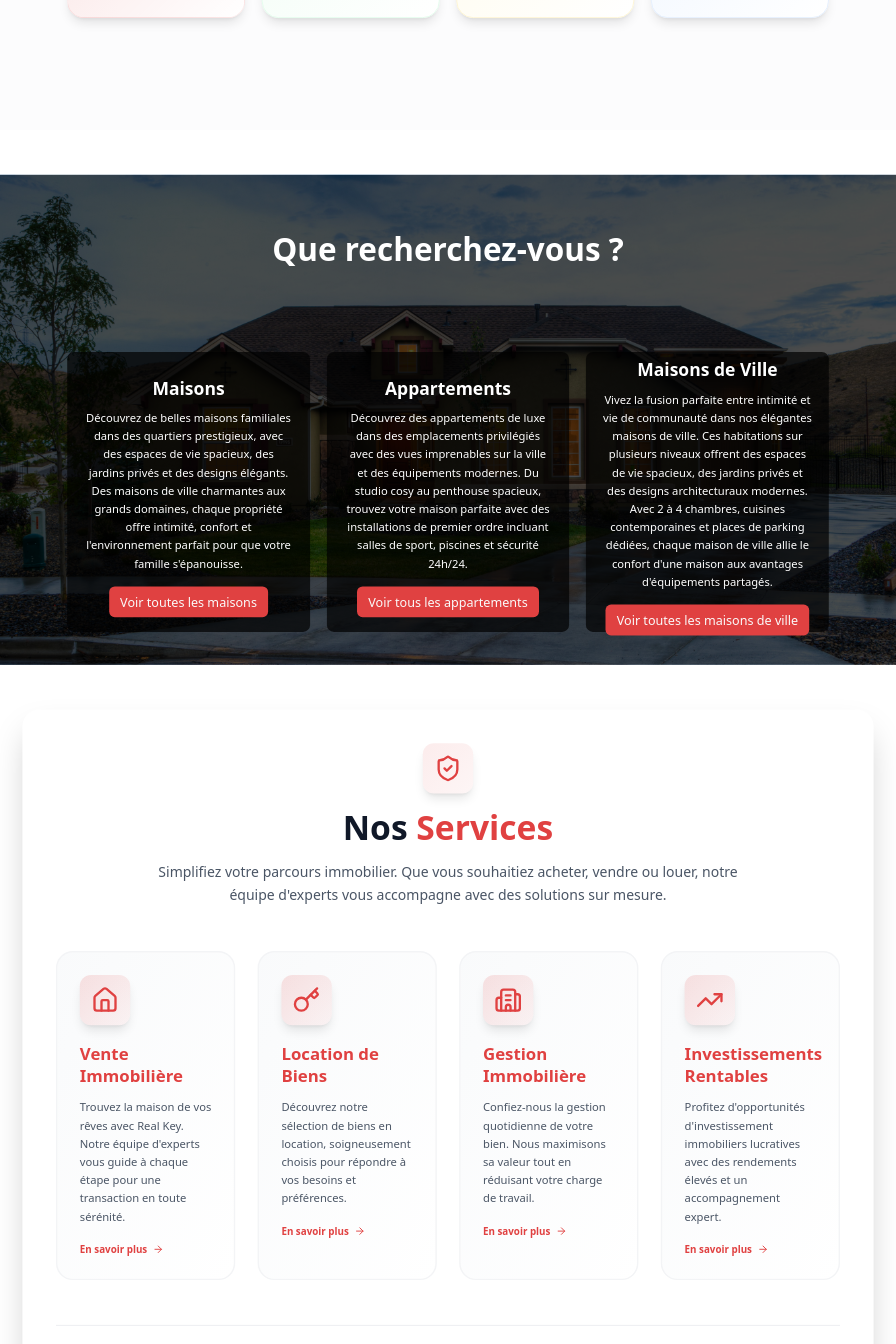
Repository: lamatmed/Real-Key
Page: /
These files come from the project's save history. The page is drawn as it stood at one moment and after the next save; the edit follows.
The browser window is 1280 px wide. The pictures show the part of the page from y = 2234 to 4154 px (the page is 5453 px tall before and 5353 px after), at 70% of full size.
The page's requests for data from a server got no answer. The project was rebuilt for these pictures with package versions that can differ from the ones it lists, and the page was loaded fresh each time. Some packages were replaced by stand-ins written for this rebuild. The framework's server and built-in components were replaced by stand-ins that run in the browser. No one was signed in, and anything a server would have sent is missing. Also part of the build but not shown: next.config.ts, app/_components/PropertyCard.tsx.

Above is the page before, as saved 2025-09-28 17:04:50.

### app/layout.tsx
import type { Metadata } from "next";
import { Geist, Geist_Mono } from "next/font/google";
import './globals.css'
import { ClerkProvider } from "@clerk/nextjs";
import { ConvexClientProvider } from "./ConvexClientProvider";
import Navbar from "./_components/Navbar";
import ConnectUserToConvext from "./ConnectUserToConvext";
import Footer from "./_components/Footer";

const geistSans = Geist({
  variable: "--font-geist-sans",
  subsets: ["latin"],
});

const geistMono = Geist_Mono({
  variable: "--font-geist-mono",
  subsets: ["latin"],
});

export const metadata: Metadata = {
  title: "Real Key",
  description: "Full Real Estate website",
};

export default function RootLayout({
  children,
}: Readonly<{
  children: React.ReactNode;
}>) {
  return (
    <ConvexClientProvider>
     <ClerkProvider>
    <html lang="en">
      <body
        className={`${geistSans.variable} ${geistMono.variable} antialiased`}
      >

        <Navbar/>
       <ConnectUserToConvext/>
        {children}
        <Footer/>

      </body>
    </html>
    </ClerkProvider>
    </ConvexClientProvider>
  );
}

### app/page.tsx
import Hero from "./_components/Hero";
import FeaturedProperties from "./_components/FeaturedProperties";
import WhatWeDo from "./_components/WhatWeDo";
import ConnectingPeople from "./_components/ConnectingPeople";
import WhatClientWant from "./_components/WhatClientWant";

export default function Home() {
  return (
    <div className="">
      <Hero/>
      <FeaturedProperties/>
      <WhatClientWant/>
      <WhatWeDo/>
      <ConnectingPeople/>
    </div>
  )
}

### app/globals.css
@import "tailwindcss";
@import "tw-animate-css";

@custom-variant dark (&:is(.dark *));

@theme inline {
  --color-background: var(--background);
  --color-foreground: var(--foreground);
  --font-sans: var(--font-geist-sans);
  --font-mono: var(--font-geist-mono);
  --color-sidebar-ring: var(--sidebar-ring);
  --color-sidebar-border: var(--sidebar-border);
  --color-sidebar-accent-foreground: var(--sidebar-accent-foreground);
  --color-sidebar-accent: var(--sidebar-accent);
  --color-sidebar-primary-foreground: var(--sidebar-primary-foreground);
  --color-sidebar-primary: var(--sidebar-primary);
  --color-sidebar-foreground: var(--sidebar-foreground);
  --color-sidebar: var(--sidebar);
  --color-chart-5: var(--chart-5);
  --color-chart-4: var(--chart-4);
  --color-chart-3: var(--chart-3);
  --color-chart-2: var(--chart-2);
  --color-chart-1: var(--chart-1);
  --color-ring: var(--ring);
  --color-input: var(--input);
  --color-border: var(--border);
  --color-destructive: var(--destructive);
  --color-accent-foreground: var(--accent-foreground);
  --color-accent: var(--accent);
  --color-muted-foreground: var(--muted-foreground);
  --color-muted: var(--muted);
  --color-secondary-foreground: var(--secondary-foreground);
  --color-secondary: var(--secondary);
  --color-primary-foreground: var(--primary-foreground);
  --color-primary: var(--primary);
  --color-popover-foreground: var(--popover-foreground);
  --color-popover: var(--popover);
  --color-card-foreground: var(--card-foreground);
  --color-card: var(--card);
  --radius-sm: calc(var(--radius) - 4px);
  --radius-md: calc(var(--radius) - 2px);
  --radius-lg: var(--radius);
  --radius-xl: calc(var(--radius) + 4px);
}

h2{
  position: relative;
  display: inline-block;
  color: black;
  font-size: 35px;

}

h2::before{
  position: absolute;
  content: "";
  width: 50%;
  height: 4px;
  background-color: #e04141;
  bottom: 0;
  left: 0;
}

:root {
  --radius: 0.625rem;
  --background: oklch(1 0 0);
  --foreground: oklch(0.145 0 0);
  --card: oklch(1 0 0);
  --card-foreground: oklch(0.145 0 0);
  --popover: oklch(1 0 0);
  --popover-foreground: oklch(0.145 0 0);
  --primary: oklch(0.205 0 0);
  --primary-foreground: oklch(0.985 0 0);
  --secondary: oklch(0.97 0 0);
  --secondary-foreground: oklch(0.205 0 0);
  --muted: oklch(0.97 0 0);
  --muted-foreground: oklch(0.556 0 0);
  --accent: oklch(0.97 0 0);
  --accent-foreground: oklch(0.205 0 0);
  --destructive: oklch(0.577 0.245 27.325);
  --border: oklch(0.922 0 0);
  --input: oklch(0.922 0 0);
  --ring: oklch(0.708 0 0);
  --chart-1: oklch(0.646 0.222 41.116);
  --chart-2: oklch(0.6 0.118 184.704);
  --chart-3: oklch(0.398 0.07 227.392);
  --chart-4: oklch(0.828 0.189 84.429);
  --chart-5: oklch(0.769 0.188 70.08);
  --sidebar: oklch(0.985 0 0);
  --sidebar-foreground: oklch(0.145 0 0);
  --sidebar-primary: oklch(0.205 0 0);
  --sidebar-primary-foreground: oklch(0.985 0 0);
  --sidebar-accent: oklch(0.97 0 0);
  --sidebar-accent-foreground: oklch(0.205 0 0);
  --sidebar-border: oklch(0.922 0 0);
  --sidebar-ring: oklch(0.708 0 0);
}

.dark {
  --background: oklch(0.145 0 0);
  --foreground: oklch(0.985 0 0);
  --card: oklch(0.205 0 0);
  --card-foreground: oklch(0.985 0 0);
  --popover: oklch(0.205 0 0);
  --popover-foreground: oklch(0.985 0 0);
  --primary: oklch(0.922 0 0);
  --primary-foreground: oklch(0.205 0 0);
  --secondary: oklch(0.269 0 0);
  --secondary-foreground: oklch(0.985 0 0);
  --muted: oklch(0.269 0 0);
  --muted-foreground: oklch(0.708 0 0);
  --accent: oklch(0.269 0 0);
  --accent-foreground: oklch(0.985 0 0);
  --destructive: oklch(0.704 0.191 22.216);
  --border: oklch(1 0 0 / 10%);
  --input: oklch(1 0 0 / 15%);
  --ring: oklch(0.556 0 0);
  --chart-1: oklch(0.488 0.243 264.376);
  --chart-2: oklch(0.696 0.17 162.48);
  --chart-3: oklch(0.769 0.188 70.08);
  --chart-4: oklch(0.627 0.265 303.9);
  --chart-5: oklch(0.645 0.246 16.439);
  --sidebar: oklch(0.205 0 0);
  --sidebar-foreground: oklch(0.985 0 0);
  --sidebar-primary: oklch(0.488 0.243 264.376);
  --sidebar-primary-foreground: oklch(0.985 0 0);
  --sidebar-accent: oklch(0.269 0 0);
  --sidebar-accent-foreground: oklch(0.985 0 0);
  --sidebar-border: oklch(1 0 0 / 10%);
  --sidebar-ring: oklch(0.556 0 0);
}

@layer base {
  * {
    @apply border-border outline-ring/50;
  }
  body {
    @apply bg-background text-foreground;
  }
}

### app/ConvexClientProvider.tsx
"use client";

import { ConvexProvider, ConvexReactClient } from "convex/react";
import { ReactNode } from "react";

// جلب العنوان من الـ environment variable
const address = process.env.NEXT_PUBLIC_CONVEX_URL;

// حماية إضافية لو المتغير مش موجود
if (!address) {
  throw new Error(
    "❌ NEXT_PUBLIC_CONVEX_URL is not defined. تأكد من إضافة المتغير داخل Vercel Environment Variables."
  );
}

// إنشاء عميل Convex
const convex = new ConvexReactClient(address);

export function ConvexClientProvider({ children }: { children: ReactNode }) {
  return <ConvexProvider client={convex}>{children}</ConvexProvider>;
}

### app/ConnectUserToConvext.tsx
"use client"
import { api } from '@/convex/_generated/api'
import { useUser } from '@clerk/nextjs'
import { useMutation } from 'convex/react'
import React, { useEffect } from 'react'

function ConnectUserToConvext() {

    const {user} = useUser()

    const updateUser = useMutation(api.users.updateUser)
    useEffect(()=>{
        if(!user){
            return
        }
        const syncUser= async()=>{
            try {
               await updateUser({
                userId:user.id,
                name:`${user?.firstName ?? "" } ${user?.lastName ?? ""}`,
               email: user.emailAddresses[0]?.emailAddress ?? "",
               })
            } catch (error) {
                 console.error("Error syncing user:", error);
            }
        }
        syncUser()
    },[user,updateUser])

    return null


}

export default ConnectUserToConvext

### app/_components/Footer.tsx
import Image from "next/image";

function Footer() {
    return (
        <footer className="px-6 md:px-16 lg:px-24 xl:px-32 pt-8 w-full text-gray-500 ">
            <div className="flex flex-col md:flex-row justify-between w-full gap-10 border-b border-gray-500/30 pb-6">
                <div className="md:max-w-96">
            <Image alt="image" src="/logoFooter.png" width={150} height={150}/>
                    <p className="mt-6 text-sm">
                        Real Key révolutionne l'expérience immobilière en offrant des services transparents et accessibles.
                        Notre mission est de vous accompagner dans tous vos projets, de l'achat à la location,
                        avec expertise et innovation depuis 2015.
                    </p>
                </div>
                <div className="flex-1 flex items-start md:justify-end gap-20">
                    <div>
                        <h1 className="font-semibold mb-5 text-gray-800">Entreprise</h1>
                        <ul className="text-sm space-y-2">
                            <li><a href="/">Accueil</a></li>
                            <li><a href="/about">À propos</a></li>
                            <li><a href="/contact">Contact</a></li>
                            <li><a href="/privacy">Politique de confidentialité</a></li>
                        </ul>
                    </div>
                    <div>
                        <h1 className="font-semibold mb-5 text-gray-800">Nous contacter</h1>
                        <div className="text-sm space-y-2">
                            <p>01 23 45 67 89</p>
                            <p>contact@realkey.fr</p>
                        </div>
                    </div>
                </div>
            </div>
            <p className="pt-4 text-center text-xs md:text-sm pb-5">
                Copyright 2025 © <a href="/">Real Key</a>. Tous droits réservés.
            </p>
        </footer>
    );
};
export default Footer

### app/_components/Hero.tsx
import { Button } from '@/components/ui/button'
import Image from 'next/image'
import Link from 'next/link'
import React from 'react'

function Hero() {
  return (
    <div className='relative overflow-hidden h-[750px] w-full'>
        <Image
          alt='Bannière principale'
          fill
          className='w-full h-[750px] object-cover'
          src="/hero.jpg"
          priority
        />

      <div className='absolute inset-0 bg-black/80'></div>

      <div className='absolute inset-0 flex items-center justify-center'>
        <div className='text-center px-4 max-w-4xl'>
          <h1 className='text-4xl sm:text-5xl md:text-7xl font-bold mb-6 text-white'>
            Bienvenue chez
            <span className='block text-[#e04141] mt-2'>Real Key</span>
          </h1>

          <p className='text-lg md:text-xl lg:text-2xl mb-8 text-gray-200 max-w-3xl mx-auto'>
            Nous proposons des solutions innovantes et des services premium pour vous aider à atteindre vos objectifs et réussir dans le monde de l'immobilier.
          </p>

          <Link href="/properties">
            <Button className='bg-[#e04141] hover:bg-[#c03939] text-white px-8 py-6 text-lg'>
              Commencer Maintenant
            </Button>
          </Link>
        </div>
      </div>
    </div>
  )
}

export default Hero

### app/_components/ConnectingPeople.tsx
import { Button } from '@/components/ui/button'
import Image from 'next/image'
import React from 'react'

function ConnectingPeople() {
  return (
    <div className='p-6 md:p-12 lg:p-24 items-center grid grid-cols-1 lg:grid-cols-2 gap-6 lg:gap-8'>

        <Image
          className='rounded-3xl w-full h-[300px] md:h-[400px] lg:h-[450px] object-cover'
          width={800}
          height={800}
          alt='image'
          src="/house.jpg"
        />

        <div className='text-center lg:text-left'>
          <h1 className='text-2xl md:text-3xl lg:text-[35px] text-[#e04141] font-bold leading-tight'>
            Notre passion : connecter les personnes avec leur maison idéale.
          </h1>
          <p className='text-gray-600 mt-3 text-sm md:text-base lg:text-lg leading-relaxed'>
            Avec une passion authentique pour aider les gens à trouver la maison de leurs rêves, nous nous consacrons à mettre en relation acheteurs et vendeurs sur le marché immobilier. Faites-nous confiance pour rendre votre expérience d'achat ou de vente fluide et satisfaisante.
          </p>

          <Button className='mt-5 w-full lg:w-auto'>En savoir plus</Button>
        </div>
    </div>
  )
}

export default ConnectingPeople

### app/_components/WhatClientWant.tsx
import { Button } from '@/components/ui/button'
import { Building, Fence, House } from 'lucide-react'
import Image from 'next/image'
import Link from 'next/link'
import React from 'react'

function WhatClientWant() {
  return (
   <div className='relative lg:h-[700px] w-full'>

        <Image
          alt='hero'
          fill
          className='w-full h-full object-cover'
          src="/whatClientWant.jpg"
        />

      <div className='absolute inset-0 bg-black/70 z-10'></div>


    <div className='absolute inset-0 z-20 flex flex-col justify-center'>
      <div className='flex items-center justify-center mt-8 lg:mt-32'>
        <h1 className='text-3xl md:text-[45px] font-bold mb-6 text-white text-center px-4'>
          Que recherchez-vous ?
        </h1>
      </div>

      <div className='grid grid-cols-1 lg:grid-cols-3 text-white gap-4 lg:gap-6 text-center p-4 lg:p-24'>

        <div className='p-4 lg:p-6 flex flex-col items-center h-auto lg:h-[400px] justify-center bg-black/70 rounded-lg'>
          <House className="w-12 h-12 md:w-16 md:h-16 lg:w-[85px] lg:h-[85px]"/>
          <h3 className='my-3 text-xl lg:text-[25px] font-semibold'>Maisons</h3>
          <p className='text-sm lg:text-base leading-relaxed'>
            Découvrez de belles maisons familiales dans des quartiers prestigieux, avec des espaces de vie spacieux, des jardins privés et des designs élégants. Des maisons de ville charmantes aux grands domaines, chaque propriété offre intimité, confort et l'environnement parfait pour que votre famille s'épanouisse.
          </p>
          <Link href="/properties?type=house" className='w-full mt-4 lg:mt-5'>
            <Button className='bg-[#e04141] w-full lg:w-auto'>Voir toutes les maisons</Button>
          </Link>
        </div>

        <div className='p-4 lg:p-6 flex flex-col items-center h-auto lg:h-[400px] justify-center bg-black/70 rounded-lg'>
          <Building className="w-12 h-12 md:w-16 md:h-16 lg:w-[85px] lg:h-[85px]"/>
          <h3 className='my-3 text-xl lg:text-[25px] font-semibold'>Appartements</h3>
          <p className='text-sm lg:text-base leading-relaxed'>
            Découvrez des appartements de luxe dans des emplacements privilégiés avec des vues imprenables sur la ville et des équipements modernes. Du studio cosy au penthouse spacieux, trouvez votre maison parfaite avec des installations de premier ordre incluant salles de sport, piscines et sécurité 24h/24.
          </p>
          <Link href="/properties?type=apartment" className='w-full mt-4 lg:mt-5'>
            <Button className='bg-[#e04141] w-full lg:w-auto'>Voir tous les appartements</Button>
          </Link>
        </div>

        <div className='p-4 lg:p-6 flex flex-col items-center h-auto lg:h-[400px] justify-center bg-black/70 rounded-lg'>
          <Fence className="w-12 h-12 md:w-16 md:h-16 lg:w-[85px] lg:h-[85px]"/>
          <h3 className='my-3 text-xl lg:text-[25px] font-semibold'>Maisons de Ville</h3>
          <p className='text-sm lg:text-base leading-relaxed'>
            Vivez la fusion parfaite entre intimité et vie de communauté dans nos élégantes maisons de ville. Ces habitations sur plusieurs niveaux offrent des espaces de vie spacieux, des jardins privés et des designs architecturaux modernes. Avec 2 à 4 chambres, cuisines contemporaines et places de parking dédiées, chaque maison de ville allie le confort d'une maison aux avantages d'équipements partagés.
          </p>
          <Link href="/properties?type=townhouse" className='w-full mt-4 lg:mt-5'>
            <Button className='bg-[#e04141] w-full lg:w-auto'>Voir toutes les maisons de ville</Button>
          </Link>
        </div>

      </div>
    </div>

    </div>
  )
}

export default WhatClientWant

### components/ui/button.tsx
import * as React from "react"
import { Slot } from "@radix-ui/react-slot"
import { cva, type VariantProps } from "class-variance-authority"

import { cn } from "@/lib/utils"

const buttonVariants = cva(
  "inline-flex items-center justify-center gap-2 whitespace-nowrap rounded-md text-lg font-medium transition-all disabled:pointer-events-none disabled:opacity-50 [&_svg]:pointer-events-none [&_svg:not([class*='size-'])]:size-4 shrink-0 [&_svg]:shrink-0 outline-none focus-visible:border-ring focus-visible:ring-ring/50 focus-visible:ring-[3px] aria-invalid:ring-destructive/20 dark:aria-invalid:ring-destructive/40 aria-invalid:border-destructive",
  {
    variants: {
      variant: {
        default: "bg-primary text-primary-foreground hover:bg-primary/90 cursor-pointer",
        destructive:
          "bg-destructive text-white hover:bg-destructive/90 focus-visible:ring-destructive/20 dark:focus-visible:ring-destructive/40 dark:bg-destructive/60",
        outline:
          "border bg-background shadow-xs hover:bg-accent hover:text-accent-foreground dark:bg-input/30 dark:border-input dark:hover:bg-input/50",
        secondary:
          "bg-secondary text-secondary-foreground hover:bg-secondary/80",
        ghost:
          "hover:bg-accent hover:text-accent-foreground dark:hover:bg-accent/50",
        link: "text-primary underline-offset-4 hover:underline",
      },
      size: {
        default: " px-4 py-2 has-[>svg]:px-3",
        sm: "h-8 rounded-md gap-1.5 px-3 has-[>svg]:px-2.5",
        lg: "h-10 rounded-md px-6 has-[>svg]:px-4",
        icon: "size-9",
      },
    },
    defaultVariants: {
      variant: "default",
      size: "default",
    },
  }
)

function Button({
  className,
  variant,
  size,
  asChild = false,
  ...props
}: React.ComponentProps<"button"> &
  VariantProps<typeof buttonVariants> & {
    asChild?: boolean
  }) {
  const Comp = asChild ? Slot : "button"

  return (
    <Comp
      data-slot="button"
      className={cn(buttonVariants({ variant, size, className }))}
      {...props}
    />
  )
}

export { Button, buttonVariants }

Loaded but not shown: convex/_generated/api.js (common file); lib/utils.ts (common file); app/_components/FeaturedProperties.tsx (113 lines, source omitted); app/_components/WhatWeDo.tsx (122 lines, source omitted); app/_components/Navbar.tsx (149 lines, source omitted)

After the next save:
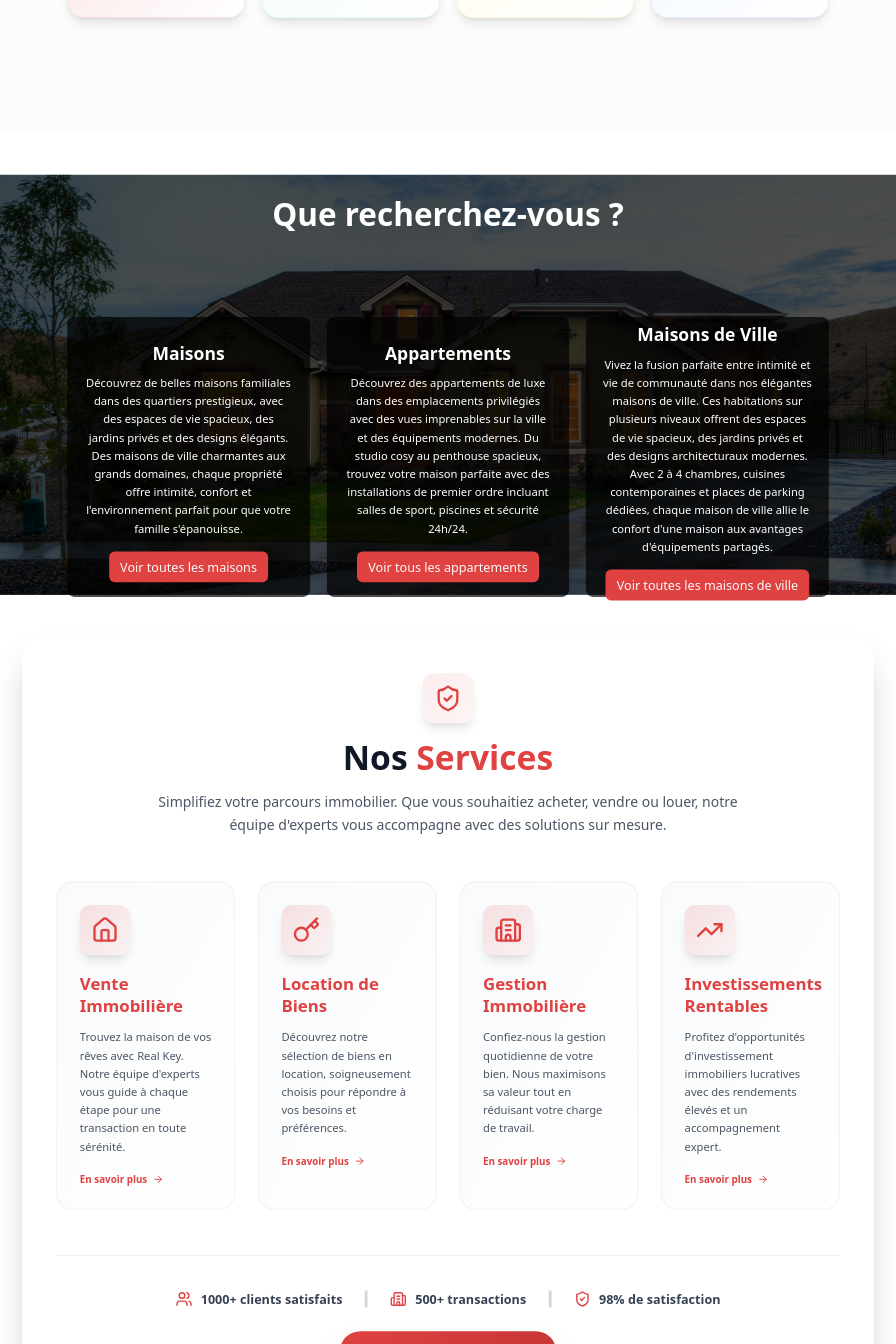
Saved 32 s later.
--- a/app/_components/WhatClientWant.tsx
+++ b/app/_components/WhatClientWant.tsx
@@ -6,7 +6,7 @@ import React from 'react'
 
 function WhatClientWant() {
   return (
-   <div className='relative lg:h-[700px] w-full'>
+   <div className='relative lg:h-[600px] w-full'>
 
         <Image
           alt='hero'
